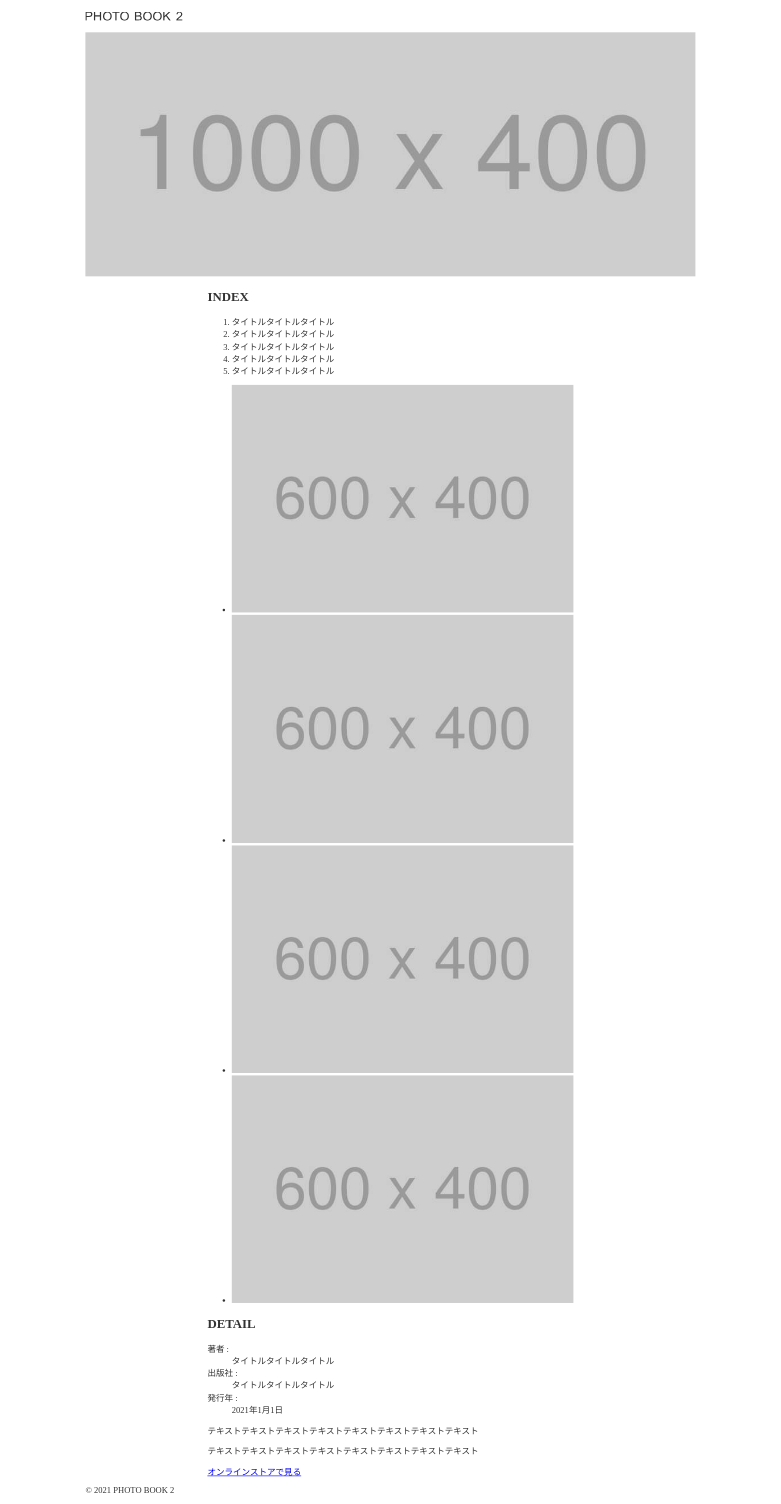
Repository: Fuki-san/photo-book-2
Page: http://localhost/photobook
The author's editor kept a copy of each file at every save. The page is drawn from the files as they stood at one save, then again after the next save.
The browser window is 1280 px wide. The pictures show the whole page, at 61% of full size.
The page is served by the project's Laravel application, run on PHP 8.4 with Laravel 10. Other server files are loaded and not shown.

Above is the page before, as saved 2023-11-30 11:42:30.

### routes/web.php
<?php

use Illuminate\Support\Facades\Route;

/*
|--------------------------------------------------------------------------
| Web Routes
|--------------------------------------------------------------------------
|
| Here is where you can register web routes for your application. These
| routes are loaded by the RouteServiceProvider and all of them will
| be assigned to the "web" middleware group. Make something great!
|
*/

Route::get('/', function () {
    return view('welcome');
});

Route::get('photobook', function() {
    return view('photobook');
})->name('photobook');

### resources/views/photobook.blade.php
@extends('layouts.main')

@section('title', 'photobook')

@section('content')
    <div class="container">
        <header id="header">
            <h1 class="site-title"><a href="#"><img src="img/logo.svg" alt=""></a></h1>
        </header>

        <main>

            <div id="mainvisual">
                <img src="img/mainvisual.jpg" alt="">
            </div>

            <section id="index">
                <div class="inner">
                    <h2 class="sec-title">INDEX</h2>
                    <div class="index-inner">
                        <ol class="index-list">
                            <li>タイトルタイトルタイトル</li>
                            <li>タイトルタイトルタイトル</li>
                            <li>タイトルタイトルタイトル</li>
                            <li>タイトルタイトルタイトル</li>
                            <li>タイトルタイトルタイトル</li>
                        </ol>
                    </div>
                </div>
            </section>

                <div class="inner">
                    <ul class="list">
                        <li><img src="img/photo1.jpg" alt=""></li>
                        <li><img src="img/photo2.jpg" alt=""></li>
                        <li><img src="img/photo3.jpg" alt=""></li>
                        <li><img src="img/photo4.jpg" alt=""></li>
                    </ul>
                </div>

            <section id="detail">
                <div class="inner">
                    <h2 class="sec-title">DETAIL</h2>
                    <div class="flex">
                        <dl>
                            <dt>著者 : </dt>
                            <dd>タイトルタイトルタイトル</dd>
                            <dt>出版社 : </dt>
                            <dd>タイトルタイトルタイトル</dd>
                            <dt>発行年 : </dt>
                            <dd>2021年1月1日</dd>
                        </dl>
                        <div class="text">
                            <p>テキストテキストテキストテキストテキストテキストテキストテキスト</p>
                            <p>テキストテキストテキストテキストテキストテキストテキストテキスト</p>
                            <a href="#" class="link" target="_blank" rel="noopener noreferrer">オンラインストアで見る</a>
                        </div>
                    </div>
                </div>
            </section>
        </main>

        <footer id="footer">
            <p>&copy; 2021 PHOTO BOOK 2</p>
        </footer>

    </div>
@endsection

### resources/views/layouts/main.blade.php
<!DOCTYPE html>
<html lang="ja">
<head>
    <meta charset="UTF-8">
    <meta name="viewport" content="width=device-width, initial-scale=1.0">
    <meta http-equiv="X-UA-Compatible" content="ie=edge">
    <link rel="stylesheet" href="{{ asset('css/reset.css') }}">
    <link rel="stylesheet" href="{{ asset('css/style.css') }}">
    <link rel="icon" href="img/favicon.ico">
    <title>@yield('title')</title>
</head>
<body>
    @yield('content')
</body>
</html>

### public/css/style.css
@charset "utf-8";

html{
    font-size: 100%;
}
body{
    color: #333;
    font-size: 0.875rem;
}
img{
    max-width: 100%;
}
.container{
    max-width: 1000px;
    margin: 0 auto;
}
.inner{
    margin: 0 auto;
    max-width: 600px;
}

/* header */
#header{
    margin: ;
}
#header .site-title{
    width: 160px;
    line-height: 1px;
}
#header .site-title a{
    display: block;
}

### public/img/logo.svg
<?xml version="1.0" encoding="utf-8"?>
<!-- Generator: Adobe Illustrator 15.1.0, SVG Export Plug-In . SVG Version: 6.00 Build 0)  -->
<!DOCTYPE svg PUBLIC "-//W3C//DTD SVG 1.1//EN" "http://www.w3.org/Graphics/SVG/1.1/DTD/svg11.dtd">
<svg version="1.1" id="レイヤー_1" xmlns="http://www.w3.org/2000/svg" xmlns:xlink="http://www.w3.org/1999/xlink" x="0px"
	 y="0px" width="1600px" height="156px" viewBox="0 0 1600 156" enable-background="new 0 0 1600 156" xml:space="preserve">
<g>
	<path fill="#333333" d="M0,152.092V2.65h56.373c9.92,0,17.498,0.477,22.731,1.428c7.34,1.223,13.49,3.552,18.451,6.982
		c4.96,3.433,8.953,8.241,11.978,14.425c3.022,6.185,4.536,12.98,4.536,20.387c0,12.709-4.043,23.463-12.129,32.264
		c-8.09,8.802-22.699,13.202-43.834,13.202h-38.33v60.754H0z M19.775,73.702h38.636c12.775,0,21.847-2.379,27.217-7.136
		c5.369-4.757,8.053-11.451,8.053-20.082c0-6.252-1.581-11.604-4.741-16.056c-3.16-4.45-7.324-7.391-12.487-8.817
		c-3.33-0.883-9.481-1.325-18.452-1.325H19.775V73.702z"/>
	<path fill="#333333" d="M139.859,152.092V2.65h19.776v61.367h77.677V2.65h19.775v149.441h-19.775V81.652h-77.677v70.439H139.859z"
		/>
	<path fill="#333333" d="M288.174,79.309c0-24.805,6.66-44.224,19.98-58.258C321.473,7.019,338.667,0,359.735,0
		c13.795,0,26.232,3.298,37.309,9.889c11.076,6.593,19.521,15.784,25.332,27.574c5.811,11.791,8.716,25.163,8.716,40.112
		c0,15.155-3.059,28.713-9.175,40.674c-6.116,11.961-14.781,21.016-25.993,27.166c-11.214,6.15-23.311,9.226-36.291,9.226
		c-14.067,0-26.641-3.398-37.717-10.194c-11.079-6.794-19.471-16.071-25.179-27.829C291.029,104.86,288.174,92.425,288.174,79.309z
		 M308.562,79.614c0,18.01,4.843,32.197,14.527,42.559c9.684,10.364,21.831,15.546,36.442,15.546
		c14.884,0,27.131-5.231,36.75-15.699c9.615-10.464,14.423-25.313,14.423-44.546c0-12.165-2.057-22.784-6.167-31.856
		c-4.112-9.071-10.126-16.106-18.043-21.101c-7.917-4.995-16.804-7.493-26.656-7.493c-14,0-26.046,4.81-36.137,14.425
		C313.608,41.065,308.562,57.121,308.562,79.614z"/>
	<path fill="#333333" d="M490.425,152.092V20.286h-49.237V2.65h118.451v17.636h-49.439v131.806H490.425z"/>
	<path fill="#333333" d="M570.14,79.309c0-24.805,6.658-44.224,19.979-58.258C603.438,7.019,620.632,0,641.7,0
		c13.794,0,26.23,3.298,37.309,9.889c11.076,6.593,19.522,15.784,25.331,27.574c5.813,11.791,8.717,25.163,8.717,40.112
		c0,15.155-3.059,28.713-9.176,40.674c-6.114,11.961-14.779,21.016-25.992,27.166s-23.311,9.226-36.291,9.226
		c-14.068,0-26.641-3.398-37.717-10.194c-11.078-6.794-19.47-16.071-25.179-27.829C572.994,104.86,570.14,92.425,570.14,79.309z
		 M590.526,79.614c0,18.01,4.843,32.197,14.527,42.559c9.685,10.364,21.83,15.546,36.442,15.546
		c14.883,0,27.132-5.231,36.748-15.699c9.615-10.464,14.424-25.313,14.424-44.546c0-12.165-2.057-22.784-6.166-31.856
		c-4.113-9.071-10.127-16.106-18.043-21.101c-7.918-4.995-16.804-7.493-26.658-7.493c-14,0-26.044,4.81-36.136,14.425
		C595.572,41.065,590.526,57.121,590.526,79.614z"/>
	<path fill="#333333" d="M812.43,152.092V2.65h56.066c11.416,0,20.573,1.514,27.472,4.537c6.896,3.024,12.3,7.68,16.209,13.966
		c3.907,6.286,5.861,12.861,5.861,19.724c0,6.39-1.732,12.404-5.198,18.044c-3.467,5.641-8.7,10.193-15.7,13.659
		c9.039,2.65,15.987,7.172,20.848,13.558c4.857,6.389,7.289,13.933,7.289,22.631c0,7-1.479,13.506-4.435,19.521
		c-2.957,6.016-6.612,10.652-10.958,13.915c-4.352,3.261-9.806,5.726-16.363,7.391c-6.558,1.666-14.593,2.497-24.106,2.497H812.43z
		 M832.206,65.444h32.313c8.768,0,15.053-0.576,18.859-1.733c5.027-1.493,8.818-3.975,11.366-7.439
		c2.548-3.468,3.822-7.815,3.822-13.049c0-4.961-1.188-9.328-3.567-13.099c-2.38-3.773-5.776-6.354-10.192-7.748
		c-4.419-1.393-11.997-2.09-22.733-2.09h-29.868V65.444z M832.206,134.457h37.208c6.386,0,10.872-0.237,13.455-0.715
		c4.552-0.814,8.358-2.173,11.417-4.077c3.058-1.901,5.571-4.672,7.544-8.308c1.971-3.634,2.956-7.832,2.956-12.589
		c0-5.571-1.428-10.414-4.281-14.526c-2.854-4.111-6.814-6.999-11.876-8.665c-5.063-1.664-12.354-2.497-21.865-2.497h-34.558
		V134.457z"/>
	<path fill="#333333" d="M946.479,79.309c0-24.805,6.659-44.224,19.979-58.258C979.776,7.019,996.972,0,1018.039,0
		c13.794,0,26.23,3.298,37.309,9.889c11.077,6.593,19.521,15.784,25.331,27.574c5.812,11.791,8.717,25.163,8.717,40.112
		c0,15.155-3.058,28.713-9.175,40.674s-14.781,21.016-25.994,27.166s-23.311,9.226-36.29,9.226
		c-14.068,0-26.641-3.398-37.717-10.194c-11.078-6.794-19.47-16.071-25.18-27.829C949.332,104.86,946.479,92.425,946.479,79.309z
		 M966.865,79.614c0,18.01,4.842,32.197,14.526,42.559c9.685,10.364,21.83,15.546,36.442,15.546
		c14.884,0,27.133-5.231,36.749-15.699c9.615-10.464,14.424-25.313,14.424-44.546c0-12.165-2.057-22.784-6.166-31.856
		c-4.113-9.071-10.127-16.106-18.044-21.101c-7.917-4.995-16.803-7.493-26.657-7.493c-14.001,0-26.044,4.81-36.136,14.425
		C971.91,41.065,966.865,57.121,966.865,79.614z"/>
	<path fill="#333333" d="M1108.865,79.309c0-24.805,6.66-44.224,19.979-58.258C1142.163,7.019,1159.357,0,1180.426,0
		c13.794,0,26.23,3.298,37.31,9.889c11.076,6.593,19.521,15.784,25.332,27.574c5.811,11.791,8.715,25.163,8.715,40.112
		c0,15.155-3.059,28.713-9.175,40.674c-6.115,11.961-14.779,21.016-25.993,27.166s-23.312,9.226-36.29,9.226
		c-14.068,0-26.642-3.398-37.719-10.194c-11.078-6.794-19.469-16.071-25.177-27.829
		C1111.719,104.86,1108.865,92.425,1108.865,79.309z M1129.254,79.614c0,18.01,4.842,32.197,14.525,42.559
		c9.684,10.364,21.831,15.546,36.442,15.546c14.882,0,27.131-5.231,36.749-15.699c9.615-10.464,14.424-25.313,14.424-44.546
		c0-12.165-2.057-22.784-6.167-31.856c-4.113-9.071-10.127-16.106-18.043-21.101c-7.917-4.995-16.804-7.493-26.658-7.493
		c-13.999,0-26.044,4.81-36.135,14.425C1134.298,41.065,1129.254,57.121,1129.254,79.614z"/>
	<path fill="#333333" d="M1276.45,152.092V2.65h19.776V76.76l74.211-74.109h26.81l-62.691,60.552l65.444,88.89h-26.096
		l-53.213-75.638l-24.465,23.854v51.784H1276.45z"/>
</g>
<path fill="#333333" d="M1588.863,134.712v17.636h-98.777c-0.138-4.417,0.575-8.665,2.14-12.743
	c2.514-6.728,6.54-13.354,12.079-19.878c5.539-6.523,13.541-14.067,24.008-22.63c16.242-13.319,27.218-23.87,32.926-31.652
	c5.709-7.78,8.563-15.138,8.563-22.069c0-7.271-2.601-13.405-7.799-18.4c-5.199-4.995-11.978-7.492-20.337-7.492
	c-8.835,0-15.902,2.65-21.203,7.951s-7.986,12.641-8.053,22.019l-18.859-1.937c1.29-14.067,6.149-24.787,14.577-32.162
	c8.427-7.373,19.741-11.061,33.946-11.061c14.338,0,25.688,3.976,34.048,11.927c8.358,7.951,12.538,17.807,12.538,29.563
	c0,5.981-1.224,11.86-3.67,17.636c-2.446,5.776-6.508,11.86-12.182,18.247c-5.676,6.389-15.104,15.155-28.288,26.3
	c-11.009,9.243-18.078,15.513-21.203,18.808c-3.127,3.298-5.708,6.61-7.747,9.939H1588.863z"/>
</svg>

After the next save:
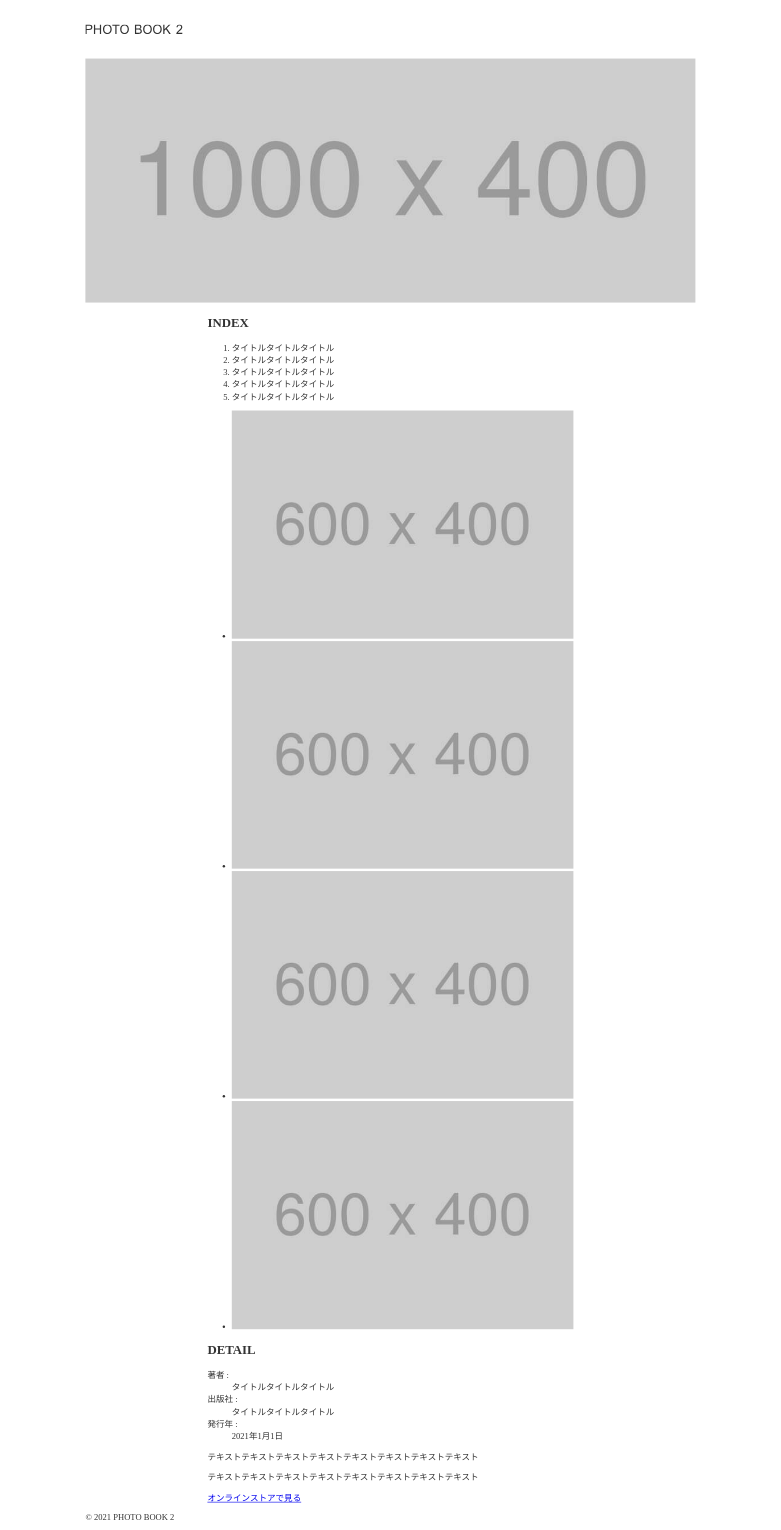
Saved 8 s later.
--- a/public/css/style.css
+++ b/public/css/style.css
@@ -21,7 +21,7 @@
 
 /* header */
 #header{
-    margin: ;
+    margin: 40px 0 ;
 }
 #header .site-title{
     width: 160px;
